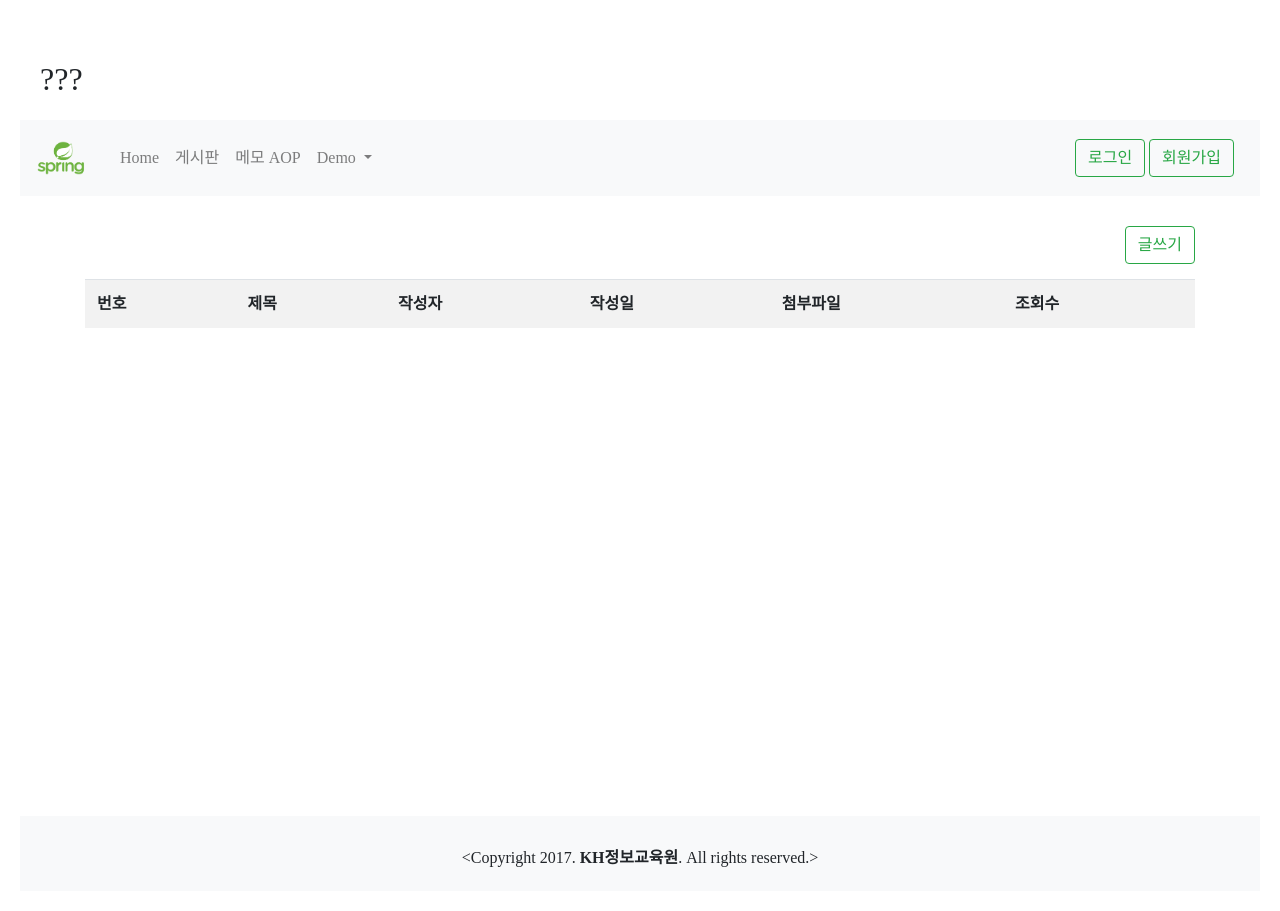
Repository: jinhak94/khspring
Page: http://localhost/hello-spring/WEB-INF/views/board/boardList.jsp
An editor plug-in stored every save of this project. The page is shown before and after the next save, followed by the edit.
The browser window is 1280 px wide. The pictures show the whole page.
The page is served by Tomcat 9. Nobody is signed in. Other server files are loaded and not shown. The template is opened directly, without the code that normally fills it, so the values that code supplies are empty.

Above is the page before, as saved 2021-04-29 03:19:18.

### spring_workspace/hello-spring/src/main/webapp/WEB-INF/views/board/boardList.jsp
<%@ page language="java" contentType="text/html; charset=UTF-8"
    pageEncoding="UTF-8"%>
<%@ taglib prefix="c" uri="http://java.sun.com/jsp/jstl/core"%>
<%@ taglib prefix="fmt" uri="http://java.sun.com/jsp/jstl/fmt"%>
<%@ taglib prefix="fn" uri="http://java.sun.com/jsp/jstl/functions"%>
<jsp:include page="/WEB-INF/views/common/header.jsp">
   <jsp:param value="게시판" name="title"/>
</jsp:include>
<style>
/*글쓰기버튼*/
input#btn-add{float:right; margin: 0 0 15px;}
</style>
<script>
function goBoardForm(){
   location.href = "${pageContext.request.contextPath}/board/boardForm.do";
}

$(() => {
   $("tr[data-no]").click(e => {
      //e.target -> td
      var $tr = $(e.target).parent();
      var no = $tr.data("no");
      //console.log(no);

      location.href = `${pageContext.request.contextPath}/board/boardDetail.do?no=\${no}`;
   });
});

</script>
<section id="board-container" class="container">
   <input type="button" value="글쓰기" id="btn-add" class="btn btn-outline-success" onclick="goBoardForm();"/>
   <table id="tbl-board" class="table table-striped table-hover">
      <tr>
         <th>번호</th>
         <th>제목</th>
         <th>작성자</th>
         <th>작성일</th>
         <th>첨부파일</th> <!-- 첨부파일 있을 경우, /resources/images/file.png 표시 width: 16px-->
         <th>조회수</th>
      </tr>
      <c:forEach items="${list}" var="board">
      <tr data-no="${board.no}">
         <td>${board.no}</td>
         <td>${board.title}</td>
         <td>${board.memberId}</td>
         <td><fmt:formatDate value="${board.regDate}" pattern="yy/MM/dd"/></td>
         <td>
            <c:if test="${board.attachCount gt 0}">
            <img alt="file" src="${pageContext.request.contextPath}/resources/images/file.png" width="16px">
            </c:if>
         </td>
         <td>${board.readCount}</td>
      </tr>
      </c:forEach>

   </table>
   ${pageBar}
</section>

<jsp:include page="/WEB-INF/views/common/footer.jsp"></jsp:include>

### spring_workspace/hello-spring/src/main/webapp/WEB-INF/views/common/header.jsp
<%@ page language="java" contentType="text/html; charset=UTF-8"
    pageEncoding="UTF-8"%>
<%@ taglib prefix="c" uri="http://java.sun.com/jsp/jstl/core"%>
<!DOCTYPE html>
<html>
<head>
<meta charset="UTF-8">
<title>${param.title}</title>

<script src="http://code.jquery.com/jquery-latest.min.js"></script>

<!-- bootstrap js: jquery load 이후에 작성할것.-->
<script src="https://cdnjs.cloudflare.com/ajax/libs/popper.js/1.14.3/umd/popper.min.js" integrity="sha384-ZMP7rVo3mIykV+2+9J3UJ46jBk0WLaUAdn689aCwoqbBJiSnjAK/l8WvCWPIPm49" crossorigin="anonymous"></script>
<script src="https://stackpath.bootstrapcdn.com/bootstrap/4.1.3/js/bootstrap.min.js" integrity="sha384-ChfqqxuZUCnJSK3+MXmPNIyE6ZbWh2IMqE241rYiqJxyMiZ6OW/JmZQ5stwEULTy" crossorigin="anonymous"></script>

<!-- bootstrap css -->
<link rel="stylesheet" href="https://stackpath.bootstrapcdn.com/bootstrap/4.1.0/css/bootstrap.min.css" integrity="sha384-9gVQ4dYFwwWSjIDZnLEWnxCjeSWFphJiwGPXr1jddIhOegiu1FwO5qRGvFXOdJZ4" crossorigin="anonymous">

<!-- 사용자작성 css -->
<link rel="stylesheet" href="${pageContext.request.contextPath }/resources/css/style.css" />

<%-- RedirectAttributes.addFlashAttribute의 저장된 속성값 사용(1회용) --%>
<c:if test="${not empty msg}">
<script>
alert("${msg}");
</script>
</c:if>
</head>
<body>
<div id="container">
	<header>
		<div id="header-container">
			<h2>${param.title}</h2>
		</div>
		<!-- https://getbootstrap.com/docs/4.0/components/navbar/ -->
		<nav class="navbar navbar-expand-lg navbar-light bg-light">
			<a class="navbar-brand" href="#">
				<img src="${pageContext.request.contextPath }/resources/images/logo-spring.png" alt="스프링로고" width="50px" />
			</a>
			<button class="navbar-toggler" type="button" data-toggle="collapse" data-target="#navbarNav" aria-controls="navbarNav" aria-expanded="false" aria-label="Toggle navigation">
				<span class="navbar-toggler-icon"></span>
		  	</button>
			<div class="collapse navbar-collapse" id="navbarNav">
				<ul class="navbar-nav mr-auto">
			    	<li class="nav-item"><a class="nav-link" href="${pageContext.request.contextPath}">Home</a></li>
                    <li class="nav-item"><a class="nav-link" href="${pageContext.request.contextPath}/board/boardList.do">게시판</a></li>
                    <li class="nav-item"><a class="nav-link" href="${pageContext.request.contextPath}/memo/memo.do">메모 AOP</a></li>
                    <!-- 데모메뉴 DropDown -->
                    <!--https://getbootstrap.com/docs/4.1/components/navbar/#supported-content-->
                    <li class="nav-item dropdown">
                        <a class="nav-link dropdown-toggle" href="#" id="navbarDropdown" role="button" data-toggle="dropdown" aria-haspopup="true" aria-expanded="false">
                            Demo
                        </a>
                        <div class="dropdown-menu" aria-labelledby="navbarDropdown">
                            <a class="dropdown-item" href="${pageContext.request.contextPath}/demo/devForm.do">Dev 등록</a>
                            <a class="dropdown-item" href="${pageContext.request.contextPath}/demo/devList.do">Dev 목록</a>
                        </div>
				    </li>
			    </ul>
			    <%-- 1. 로그인 하지 않은 경우 --%>
			    <c:if test="${loginMember == null}">
			    <button class="btn btn-outline-success my-2 my-sm-0" type="button" onclick="location.href='${pageContext.request.contextPath}/member/login.do';">로그인</button>
                &nbsp;
                <button class="btn btn-outline-success my-2 my-sm-0" type="button" onclick="location.href='${pageContext.request.contextPath}/member/memberEnroll.do';">회원가입</button>
				</c:if>
				<%-- 2. 로그인한 경우 --%>
				<c:if test="${loginMember != null}">
					<span><a href="${pageContext.request.contextPath}/member/memberDetail.do">${loginMember.name}</a>님, 안녕하세요.</span>
				    <button class="btn btn-outline-success my-2 my-sm-0" type="button" onclick="location.href='${pageContext.request.contextPath}/member/logout.do';">로그아웃</button>
				</c:if>

			 </div>
		</nav>
	</header>
	<section id="content">

### spring_workspace/hello-spring/src/main/webapp/WEB-INF/views/common/footer.jsp
<%@ page language="java" contentType="text/html; charset=UTF-8"
    pageEncoding="UTF-8"%>
<%@ taglib prefix="c" uri="http://java.sun.com/jsp/jstl/core"%>
<%@ taglib prefix="fmt" uri="http://java.sun.com/jsp/jstl/fmt"%>
<%@ taglib prefix="fn" uri="http://java.sun.com/jsp/jstl/functions"%>

	</section>
	<footer>
		<p>&lt;Copyright 2017. <strong>KH정보교육원</strong>. All rights reserved.&gt;</p>
	</footer>

</div>
</body>
</html>

### spring_workspace/hello-spring/src/main/webapp/resources/css/style.css
@CHARSET "UTF-8";
body {font-family:"휴먼모음T";}
div, section, header, aside, footer {padding:10px;}

/********** 전체컨테이너 **********/
div#container	{}

/********** header **********/
header div#header-container {height:100px;}
header div#header-container h2 	{margin:30px 10px 0px 10px;}


/********** content **********/
section#content		{min-height:600px;}


/********** footer **********/
footer	{background-color:#f8f9fa; background-clip:content-box; clear:both; height:95px; text-align:center;}
footer p 	{margin-top:30px;}

After the next save:
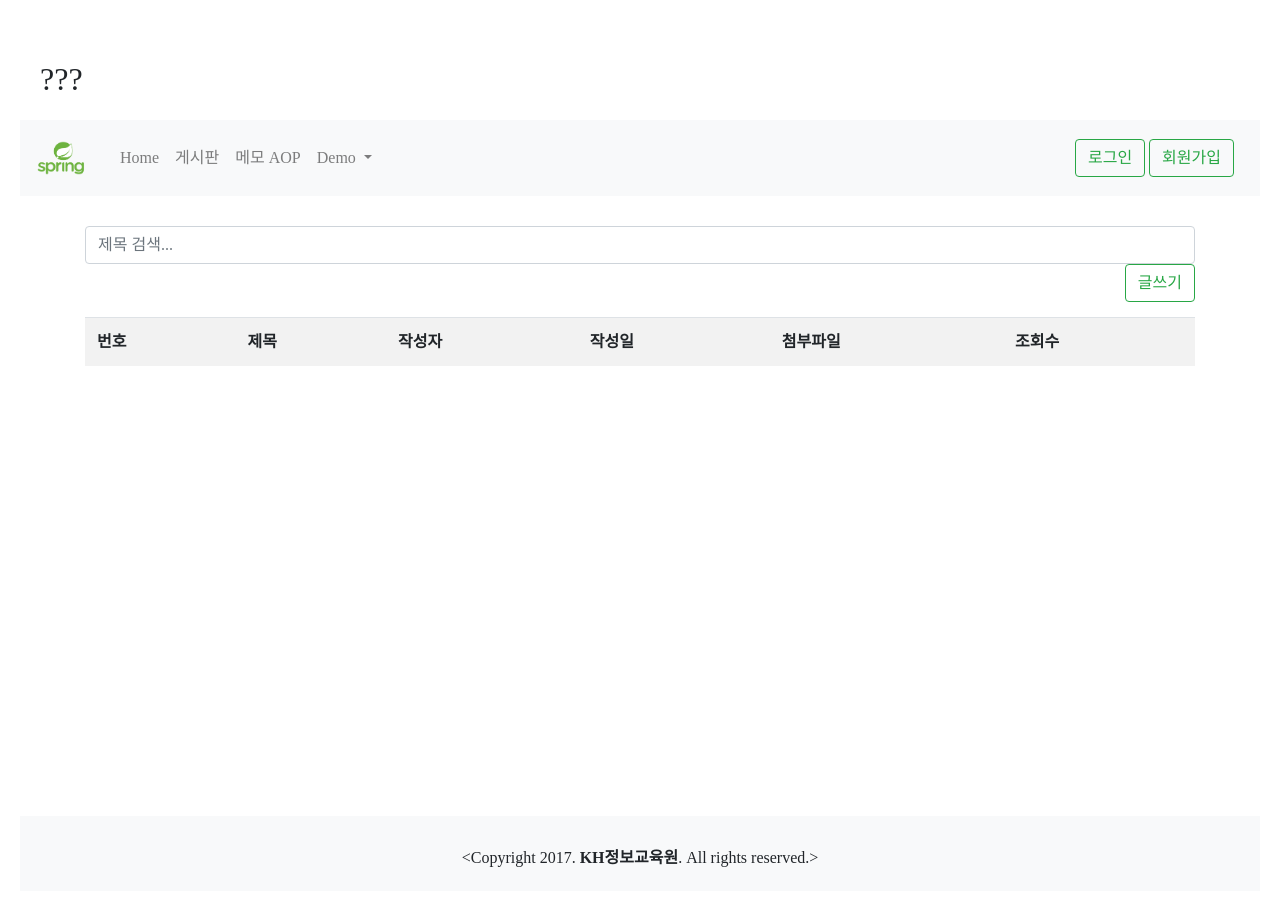
Saved 85 min 38 s later.
--- a/spring_workspace/hello-spring/src/main/webapp/WEB-INF/views/board/boardList.jsp
+++ b/spring_workspace/hello-spring/src/main/webapp/WEB-INF/views/board/boardList.jsp
@@ -28,6 +28,7 @@
 
 </script>
 <section id="board-container" class="container">
+   <input type="search" placeholder="제목 검색..." id="searchTitle" class="form-control"/>
    <input type="button" value="글쓰기" id="btn-add" class="btn btn-outline-success" onclick="goBoardForm();"/>
    <table id="tbl-board" class="table table-striped table-hover">
       <tr>

After the save that followed:
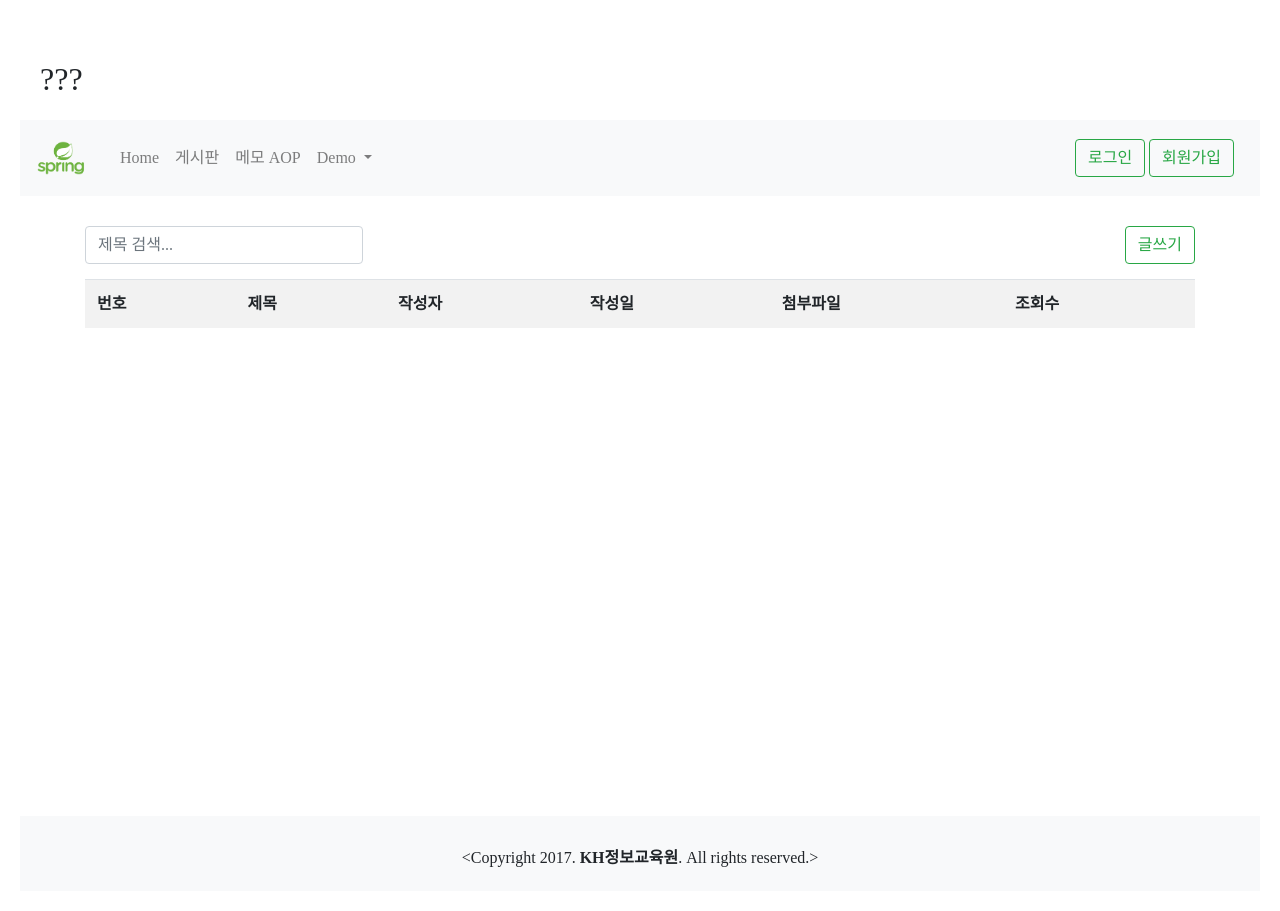
Saved 65 s later.
--- a/spring_workspace/hello-spring/src/main/webapp/WEB-INF/views/board/boardList.jsp
+++ b/spring_workspace/hello-spring/src/main/webapp/WEB-INF/views/board/boardList.jsp
@@ -28,7 +28,7 @@
 
 </script>
 <section id="board-container" class="container">
-   <input type="search" placeholder="제목 검색..." id="searchTitle" class="form-control"/>
+   <input type="search" placeholder="제목 검색..." id="searchTitle" class="form-control col-sm-3 d-inline"/>
    <input type="button" value="글쓰기" id="btn-add" class="btn btn-outline-success" onclick="goBoardForm();"/>
    <table id="tbl-board" class="table table-striped table-hover">
       <tr>
